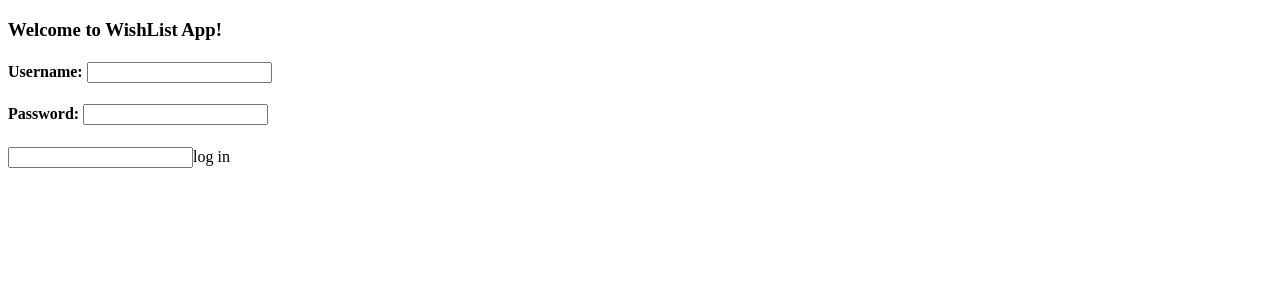
Repository: lomcaitlin/cst438_s21_proj02_groupb
Page: http://localhost/wishlistApp/login/
An editor plug-in stored every save of this project. The page is shown before and after a run of saves, followed by the edit.
The browser window is 1280 px wide. The pictures show the whole page.
The page is served by the project's application, run on Django 3.2 (manage.py). Other server files are loaded and not shown.

Above is the page before, as saved 2021-03-07 23:23:17.

### wishlistApp/templates/wishlistApp/login.html
<!DOCTYPE html>
<html>
<head>
  <meta charset="utf-8">
  <meta name="viewport" content="width=device-width">
  <title>login</title>
</head>
<body>
<h3>Welcome to WishList App!</h3>


<form action="login" method= "post">
<h4>Username:
<input type="text" name="username"></h4>

<h4>Password:  <input type="password" name="password"></h4>
<input type':>log in</input>
</form>

</body>
</html>

### wishlist/urls.py
"""wishlist URL Configuration

The `urlpatterns` list routes URLs to views. For more information please see:
    https://docs.djangoproject.com/en/3.1/topics/http/urls/
Examples:
Function views
    1. Add an import:  from my_app import views
    2. Add a URL to urlpatterns:  path('', views.home, name='home')
Class-based views
    1. Add an import:  from other_app.views import Home
    2. Add a URL to urlpatterns:  path('', Home.as_view(), name='home')
Including another URLconf
    1. Import the include() function: from django.urls import include, path
    2. Add a URL to urlpatterns:  path('blog/', include('blog.urls'))
"""
from django.contrib import admin
from django.urls import include, path



urlpatterns = [
	path('wishlistApp/', include('wishlistApp.urls')),
    path('admin/', admin.site.urls),
]

### wishlistApp/urls.py
from django.urls import path

from django.contrib.auth import views as auth_views
from django.urls import path, include
from . import views as user_views


urlpatterns = [
    path('', user_views.index, name='index'),
    path('login/', auth_views.LoginView.as_view(template_name='wishlistApp/login.html'), name='login'),
    path('logout/', auth_views.LogoutView.as_view(template_name='wishlistApp/logout.html'), name='logout'),

]

After the next 4 saves:
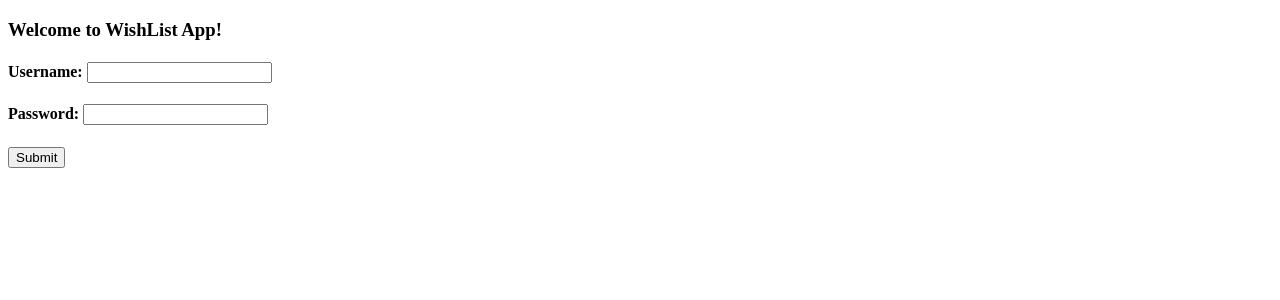
The 4 saves are shown as one change because they came seconds apart.
The last was saved 27 s later.
--- a/wishlistApp/templates/wishlistApp/login.html
+++ b/wishlistApp/templates/wishlistApp/login.html
@@ -14,7 +14,7 @@
 <input type="text" name="username"></h4>
 
 <h4>Password:  <input type="password" name="password"></h4>
-<input type':>log in</input>
+<input type="Submit">
 </form>
 
 </body>
